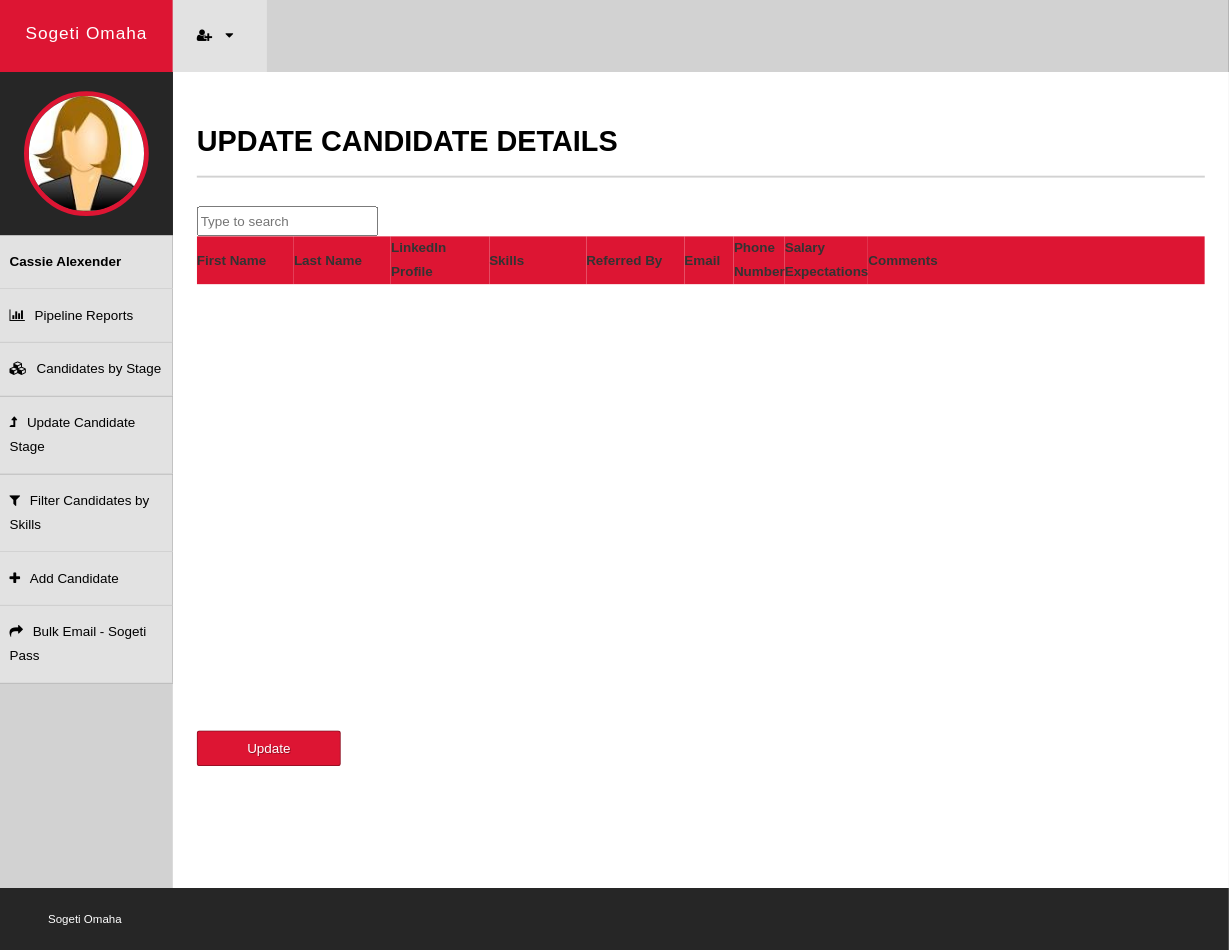
Repository: prasanana/Omaha-Sogeti-Recruiting
Page: http://localhost/Omaha_Sogeti_Recruitment/ModifyCandidateDetails.jsp
The author's editor kept a copy of each file at every save. The page is drawn from the files as they stood at one save, then again after the next save.
The browser window is 1280 px wide. The pictures show the whole page, at 96% of full size.
Some web fonts or font styles are not loaded; a fallback is used. The page is served by Tomcat 9. Other server files are loaded and not shown.

Above is the page before, as saved 2015-03-26 18:00:57.

### OmahaSogetiRecruitingWS/Omaha_Sogeti_Recruitment/WebContent/ModifyCandidateDetails.jsp
<%@ taglib uri="http://java.sun.com/jsp/jstl/core" prefix="c" %>
<%@ taglib uri="http://java.sun.com/jsp/jstl/fmt" prefix="fmt" %>
<%@ taglib prefix="fn" uri="http://java.sun.com/jsp/jstl/functions" %>
<%@ page language="java" contentType="text/html; charset=ISO-8859-1"
    pageEncoding="ISO-8859-1"%>
<!DOCTYPE html>
<html xmlns="http://www.w3.org/1999/xhtml">
<head>
<meta http-equiv="Content-Type" content="text/html; charset=ISO-8859-1">
<title>Update Candidate Details</title>
<link href="${pageContext.request.contextPath}/stylesheets/bootstrap.css" rel="stylesheet" >
<link href="${pageContext.request.contextPath}/stylesheets/font-awesome.css" rel="stylesheet">
<link href="${pageContext.request.contextPath}/stylesheets/style.css" rel="stylesheet"/>
<link href="${pageContext.request.contextPath}/stylesheets/ModifyCandidateDetails.css" rel="stylesheet"/>
</head>
<body onload = "fnOnload()">
<div id="wrapper">
        <nav class="navbar navbar-default navbar-cls-top " role="navigation" style="margin-bottom: 0">
            <div class="navbar-header">
                <a  class="navbar-brand" href="#">Sogeti Omaha
                </a>
            </div>

            <div class="notifications-wrapper">
<ul class="nav">

                <li class="dropdown">
                    <a class="dropdown-toggle" data-toggle="dropdown" href="#">
                        <i class="fa fa-user-plus"></i>  <i class="fa fa-caret-down"></i>
                    </a>
                    <ul class="dropdown-menu dropdown-user">
                        <li><a href="#"><i class="fa fa-user-plus"></i> My Profile</a>
                        </li>
                        <li class="divider"></li>
                        <li><a href="#"><i class="fa fa-sign-out"></i> Logout</a>
                        </li>
                    </ul>
                </li>
            </ul>
            </div>
        </nav>
        <!-- /. NAV TOP  -->
        <nav  class="navbar-default navbar-side" role="navigation">
            <div class="sidebar-collapse">
                <ul class="nav" id="main-menu">
                    <li>
                        <div class="user-img-div">
                            <img src="${pageContext.request.contextPath}/images/user.jpg" class="img-circle" />


                        </div>

                    </li>
                     <li>
                        <a  href="#"> <strong> Cassie Alexender </strong></a>
                    </li>

                   <li>
                        <a   href="https://public.tableausoftware.com/profile/prasanna7470#!/vizhome/SalesMeetingRecruitingPipelineworkbook/SalesMeetingRecruitingPipeline" target="_blank">
                        <i class="fa fa-bar-chart "></i>Pipeline Reports</a>
                    </li>
                    <li>
                        <a href="${pageContext.request.contextPath}/CandidateByStage"><i class="fa fa-cubes "></i>Candidates by Stage</a>

                    </li>

                    <li>
                        <a href="${pageContext.request.contextPath}/UpdateCandidateStage"><i class="fa fa-level-up "></i>Update Candidate Stage </a>

                    </li>


                     <li>
                        <a href="${pageContext.request.contextPath}/FilterCandidates"><i class="fa fa-filter "></i>Filter Candidates by Skills</a>
                    </li>

                    <li>
                        <a href="${pageContext.request.contextPath}/AddCandidate"><i class="fa fa-plus "></i>Add Candidate</a>
                    </li>

                    <li>
                        <a href="${pageContext.request.contextPath}/SendEmail"><i class="fa fa-share "></i>Bulk Email - Sogeti Pass</a>
                    </li>

                </ul>
            </div>

        </nav>
        <!-- /. SIDEBAR MENU (navbar-side) -->
        <div id="page-wrapper" class="page-wrapper-cls">
            <div id="page-inner">

			<div class="row">
                    <div class="col-md-12">
                        <h1 class="page-head-line">Update Candidate Details </h1>
                    </div>
                </div>
                <form name = "modifyCandidateDetailsForm" class="modifyCandidateDetailsForm" action="" method="post">
				<input type="text" id="modifyCandidateDetailsSearch" placeholder="Type to search">
				<div class="modifyCandidateDetailsTableDiv">
				<table id="modifyCandidateDetailsTable">
				<thead>
				    <tr>
				      <th width = "10%">First Name</th>
				      <th width = "10%">Last Name</th>
				      <th width = "10%">LinkedIn Profile</th>
				      <th width = "10%">Skills</th>
				      <th width = "10%">Referred By</th>
				      <th width = "5%">Email</th>
				      <th width = "5%">Phone Number</th>
				      <th width = "5%">Salary Expectations</th>
				      <th width = "35%">Comments</th>
				    </tr>
				</thead>

				<tbody>
				<c:forEach var="candidateDetails" items="${candidateDetails}">
				<c:set var="candidateDetailseParts" value="${fn:split(candidateDetails.value, '|')}" />
				<tr class = "modifyCandidateDetailsData">
				<td width = "10%"><input type = "text" name = "modifyFirstName" id = "modifyFirstName" value = "${candidateDetailseParts[0]}"/></td>
      			<td width = "10%"><input type = "text" name = "modifyLastName" id = "modifyLastName" value = "${candidateDetailseParts[1]}"/></td>
      			<td width = "10%"><input type = "text" name = "modifyLinkedIn" id = "modifyLinkedIn" value = "${candidateDetailseParts[2]}"/></td>
      			<td width = "10%"><input type = "text" name = "modifySkills" id = "modifySkills" value = "${candidateDetailseParts[3]}"/></td>
      			<td width = "10%"><input type = "text" name = "modifyReferredBy" id = "modifyReferredBy" value = "${candidateDetailseParts[4]}"/></td>
      			<td width = "5%"><input type = "text" name = "modifyEmail" id = "modifyEmail" value = "${candidateDetailseParts[5]}"/></td>
      			<td width = "5%"><input type = "text" name = "modifyPhone" id = "modifyPhone" value = "${candidateDetailseParts[6]}"/></td>
      			<td width = "5%"><input type = "text" name = "modifySalary" id = "modifySalary" value = "${candidateDetailseParts[7]}"/></td>
      			<td width = "35%"><textarea rows="4" cols="4" name = "modifyComments" id = "modifyComments">${candidateDetailseParts[8]}</textarea></td>
				</tr>
				</c:forEach>
				</tbody>

				</table>
				</div>
				<input type = "submit" value = "Update" />
				<input type = "hidden" id = "updatedComments" name = "updatedComments" value="nothing" />
				<input type = "hidden" id = "updatedStages" name = "updatedStages" value="nothing" />
				</form>

            </div>
            <!-- /. PAGE INNER  -->
        </div>
        <!-- /. PAGE WRAPPER  -->
    </div>
    <!-- /. WRAPPER  -->
    <footer >
        Sogeti Omaha
    </footer>
    <!-- /. FOOTER  -->
    <!-- SCRIPTS -AT THE BOTOM TO REDUCE THE LOAD TIME-->
<script src="${pageContext.request.contextPath}/javascript/jquery-2.1.3.min.js"></script>
<script src="${pageContext.request.contextPath}/javascript/bootstrap.js"></script>
<script src="${pageContext.request.contextPath}/javascript/jquery.metisMenu.js"></script>
<script src="${pageContext.request.contextPath}/javascript/custom.js"></script>
<script src="${pageContext.request.contextPath}/javascript/ModifyCandidateDetails.js"></script>
</body>
</html>

### OmahaSogetiRecruitingWS/Omaha_Sogeti_Recruitment/WebContent/stylesheets/style.css

/*=============================================================
    Authour URL: www.designbootstrap.com

    http://www.designbootstrap.com/

    License: MIT

    http://opensource.org/licenses/MIT

    100% Free To use For Personal And Commercial Use.

    IN EXCHANGE JUST TELL PEOPLE ABOUT THIS WEBSITE

========================================================  */



/*==============================================
    GENERAL  STYLES
 =============================================*/

@import url(http://fonts.googleapis.com/css?family=Raleway);

body {
   font-family: 'Raleway', sans-serif;
    line-height:25px;
    font-size:14px;
}

#wrapper {
    width: 100%;
    background: #d2d2d2;
}

#page-wrapper {
    padding: 15px 15px;
    min-height: 800px;
    background: #fff;
}

#page-inner {
    width: 100%;
    margin: 10px 20px 10px 0px;
    background-color: #fff!important;
    padding: 10px;
    min-height: 800px;
}

.page-head-line {
    font-size: 30px;
    text-transform: uppercase;
    color: #000;
    font-weight: 800;
    padding-bottom: 20px;
    border-bottom: 2px solid #d2d2d2;
    margin-bottom: 30px;
}

.btn {
    border-radius:0px!important;
    -moz-border-radius:0px!important;
    -webkit-border-radius:0px!important;
}

.progress {
    height: 5px;
}
.nav-pills > li.active > a, .nav-pills > li.active > a:hover, .nav-pills > li.active > a:focus {
    color: #A3A3A3!important;
}


/*==============================================
    MENU STYLES
 =============================================*/


.navbar-cls-top .navbar-brand {
    color: #fff;
    background: #DD1533;
    width: 180px;
    text-align: center;
    height: 75px;
    font-size: 18px;
    letter-spacing: 1px;
    padding-top: 25px;
}
.navbar-cls-top .navbar-brand:hover {
    background: #DD1533;
    color: #fff;
}
.header-right {
    color: #fff;
    padding: 15px 50px 5px 50px;
    float: right;
    font-size: 16px;
}
.user-img-div {
    min-height: 130px;
    padding: 20px;
    background-color: #262626;
    text-align:center;
}

    .user-img-div img {
        height: 130px;
        border: 5px solid #DD1533;
    }


.active-menu {
    background-color: #fff!important;
    border-left: 5px solid #DD1533;
}
.active-menu-top {
    background-color: #000!important;
}

.arrow {
    float: right;
}

.fa.arrow:before {
    content: "\f104";
}

.active > a > .fa.arrow:before {
    content: "\f107";
}


.nav-second-level li,
.nav-third-level li {
    border-bottom: none !important;
}

    .nav-second-level li a {
        padding-left: 37px;
    }

    .nav-third-level li a {
        padding-left: 55px;
    }

.sidebar-collapse, .sidebar-collapse .nav {
    background: none;
}

    .sidebar-collapse .nav {
        padding: 0;
    }

        .sidebar-collapse .nav > li > a {
           color: #000;
background: #E2E2E2;
text-shadow: none;
border-bottom: 1px solid #D2D2D2;
        }

    .sidebar-collapse > .nav > li > a {
        padding: 15px 10px;
    }

    .sidebar-collapse .nav > li > a:hover,
    .sidebar-collapse .nav > li > a:focus {
        background: #D2D2D2;
        outline: 0;
    }



.nav-second-level > li:last-child > a:after,
.nav-third-level > li:last-child > a:after {
    height: 50%;
}

.nav-third-level > li > a:after,
.nav-third-level > li > a:before {
    left: 40px;
}

.navbar-side {
    border: none;
    background-color: #202020;
}

.navbar-cls-top {
    background: #262626;
    border-bottom: none;
}


.navbar-default {
    border: 0px solid black;
}

.navbar-header {
    background: #000000;
}

.navbar-default .navbar-toggle:hover, .navbar-default .navbar-toggle:focus {
    background-color: #DD1533;
}

.navbar-default .navbar-toggle {
    border-color: #fff;
}

    .navbar-default .navbar-toggle .icon-bar {
        background-color: #FFF;

    }

.nav > li > a > i {
    margin-right: 10px;
}

/*==============================================
    NOTIFICATION  STYLES
 =============================================*/
.notifications-wrapper {
margin-left:3px;
}

.notifications-wrapper .nav {
    background-color: #D2d2d2;
}
.notifications-wrapper li {
display: inline-block;
}


.notifications-wrapper li a {
padding: 25px;
min-height: 50px;
}



.notifications-wrapper .dropdown-tasks {
width: 250px;
min-width: 0;
}


.notifications-wrapper .dropdown-menu li {
display: block;
}

.notifications-wrapper .dropdown-menu li a {
padding: 3px 20px;
min-height: 0;
}
.notifications-wrapper .nav > li > a {
    background-color: #E2E2E2;
    color:#000;
}
.notifications-wrapper .nav > li > a:hover, .nav > li > a:focus {
text-decoration: none;
background-color: #FFF!important;
    color:#DD1533;

}
.notifications-wrapper .dropdown-menu {
    margin:0px;
     border-radius:0px!important;
    -moz-border-radius:0px!important;
    -webkit-border-radius:0px!important;
}

/*==============================================
    FOOTER  STYLES
 =============================================*/
footer {
    background-color:#262626;
    padding:20px 50px;
    color:#fff;
    font-size:12px;
}

    footer a {
        color:#fff;
    }
   footer a:hover, footer a:focus {
        color:#fff;
        text-decoration:none;
    }

/*===============================================================================================
    DASHBOARD STYLES
 ===============================================================================================*/

.style-box-one {
    text-align: center;
    padding: 20px;
     margin-bottom: 40px;
    border-left: 10px solid #262626;
}

    .style-box-one a, .style-box-one a:hover {
        color: #fff;
        text-decoration: none;
    }

    .style-box-one span {
        font-size: 50px;
        padding-bottom: 10px;
    }

.Style-one-clr-one {
    background-color: #d96614;
}

.Style-one-clr-two {
    background-color: #2bbeb5;
}

.Style-one-clr-three {
    background-color: #e83dab;
}

.Style-one-clr-four {
    background-color: #adab36;
}

.current-notices ul {
    padding-left:20px;
    list-style:decimal-leading-zero;
    line-height:30px;
}

/*==============================================
    MEDIA QUERIES
  =============================================*/

@media (min-width:768px) {
    .page-wrapper-cls {
        margin: 0 0 0 180px;
    }


    .navbar-side {
        z-index: 1;
        position: absolute;
        width: 180px;
    }

    .navbar {
        border-radius: 0px;
    }
}
@media (min-width:280px) and (max-width:767px ){
    #menuClose {
        visibility:hidden;
    }
}

### OmahaSogetiRecruitingWS/Omaha_Sogeti_Recruitment/WebContent/stylesheets/ModifyCandidateDetails.css
table {
  background-color: white;
  width: 100%;
}

.modifyCandidateDetailsTableDiv {
	height:500px;
	overflow-y:scroll;
	}

tbody td {
  background-color: white;
}
thead th{
  background-color: #dd1533;
}

.modifyCandidateDetailsForm input[type=submit] {
    border: 1px solid rgba(0, 0, 0, 0.3);
    background: #dd1533; /* Old browsers */
    background: -moz-linear-gradient(top,  #dd1533 0%, #dd1533 100%); /* FF3.6+ */
    background: -webkit-gradient(linear, left top, left bottombottom, color-stop(0%,#dd1533), color-stop(100%,#dd1533)); /* Chrome,Safari4+ */
    background: -webkit-linear-gradient(top,  #dd1533 0%,#dd1533 100%); /* Chrome10+,Safari5.1+ */
    background: -o-linear-gradient(top,  #dd1533 0%,#dd1533 100%); /* Opera 11.10+ */
    background: -ms-linear-gradient(top,  #dd1533 0%,#dd1533 100%); /* IE10+ */
    background: linear-gradient(to bottombottom,  #dd1533 0%,#dd1533 100%); /* W3C */
    filter: progid:DXImageTransform.Microsoft.gradient( startColorstr='#dd1533', endColorstr='#dd1533',GradientType=0 ); /* IE6-9 */
    color: #fff;
    padding: 5px 15px;
    margin-right: 0;
    margin-top: 15px;
    border-radius: 3px;
    text-shadow: 1px 1px 0px rgba(0, 0, 0, 0.3);
    width:150px;
}

th.sortable {
    color: white;
    cursor: pointer;
    text-decoration: underline;
}

### OmahaSogetiRecruitingWS/Omaha_Sogeti_Recruitment/WebContent/javascript/custom.js
/*=============================================================
    Authour URL: www.designbootstrap.com

    http://www.designbootstrap.com/

    License: MIT

    http://opensource.org/licenses/MIT

    100% Free To use For Personal And Commercial Use.

    IN EXCHANGE JUST TELL PEOPLE ABOUT THIS WEBSITE

========================================================  */

$(document).ready(function () {

    /*====================================
           METIS MENU
     ======================================*/

    $('#main-menu').metisMenu();

    /*======================================
    LOAD APPROPRIATE MENU BAR ON SIZE SCREEN
    ========================================*/

    $(window).bind("load resize", function () {
        if ($(this).width() < 768) {
            $('div.sidebar-collapse').addClass('collapse')
        } else {
            $('div.sidebar-collapse').removeClass('collapse')
        }
    });
    /*======================================
   WRITE YOUR SCRIPTS BELOW
   ========================================*/



});

### OmahaSogetiRecruitingWS/Omaha_Sogeti_Recruitment/WebContent/javascript/ModifyCandidateDetails.js
function fnOnload(){
	//zebraRows('tbody tr:odd td', 'odd');
	searchRows();
}
function zebraRows(selector, className)
{
  $(selector).removeClass(className).addClass(className);
}

function searchRows(){
	var $rows = $('.modifyCandidateDetailsData');
	$('#modifyCandidateDetailsSearch').keyup(function() {
	    var val = $.trim($(this).val()).replace(/ +/g, ' ').toLowerCase();

	    $rows.show().filter(function() {
	        var text = $(this).text().replace(/\s+/g, ' ').toLowerCase();
	        return !~text.indexOf(val);
	    }).hide();
	});
}

Loaded but not shown: OmahaSogetiRecruitingWS/Omaha_Sogeti_Recruitment/WebContent/stylesheets/bootstrap.css (library); OmahaSogetiRecruitingWS/Omaha_Sogeti_Recruitment/WebContent/stylesheets/font-awesome.css (library); OmahaSogetiRecruitingWS/Omaha_Sogeti_Recruitment/WebContent/javascript/jquery-2.1.3.min.js (library); OmahaSogetiRecruitingWS/Omaha_Sogeti_Recruitment/WebContent/javascript/bootstrap.js (library); OmahaSogetiRecruitingWS/Omaha_Sogeti_Recruitment/WebContent/javascript/jquery.metisMenu.js (common file)

After the next save:
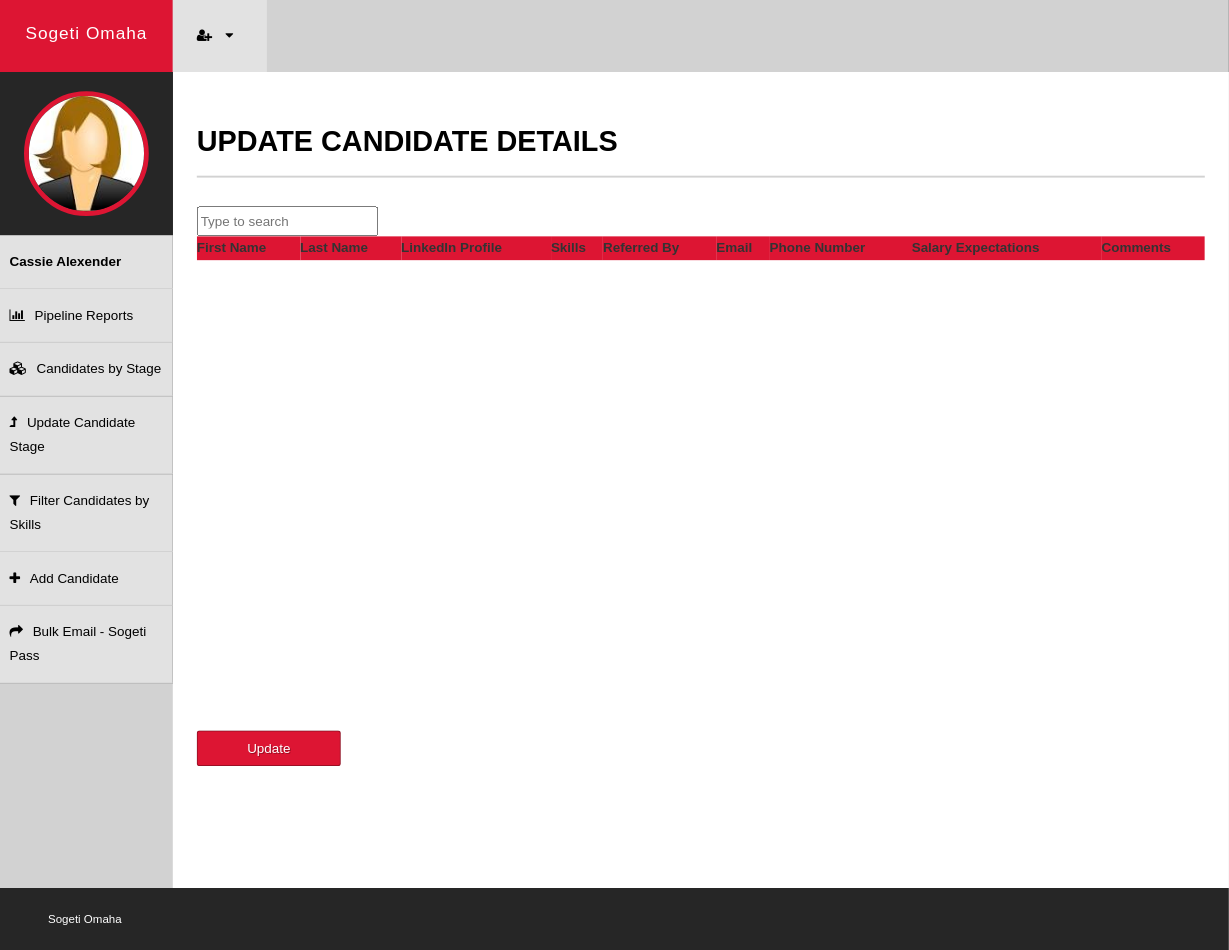
Saved 2 min 31 s later.
--- a/OmahaSogetiRecruitingWS/Omaha_Sogeti_Recruitment/WebContent/ModifyCandidateDetails.jsp
+++ b/OmahaSogetiRecruitingWS/Omaha_Sogeti_Recruitment/WebContent/ModifyCandidateDetails.jsp
@@ -101,15 +101,15 @@
 				<table id="modifyCandidateDetailsTable">
 				<thead>
 				    <tr>
-				      <th width = "10%">First Name</th>
-				      <th width = "10%">Last Name</th>
-				      <th width = "10%">LinkedIn Profile</th>
-				      <th width = "10%">Skills</th>
-				      <th width = "10%">Referred By</th>
-				      <th width = "5%">Email</th>
-				      <th width = "5%">Phone Number</th>
-				      <th width = "5%">Salary Expectations</th>
-				      <th width = "35%">Comments</th>
+				      <th>First Name</th>
+				      <th>Last Name</th>
+				      <th>LinkedIn Profile</th>
+				      <th>Skills</th>
+				      <th>Referred By</th>
+				      <th>Email</th>
+				      <th>Phone Number</th>
+				      <th>Salary Expectations</th>
+				      <th>Comments</th>
 				    </tr>
 				</thead>
 
